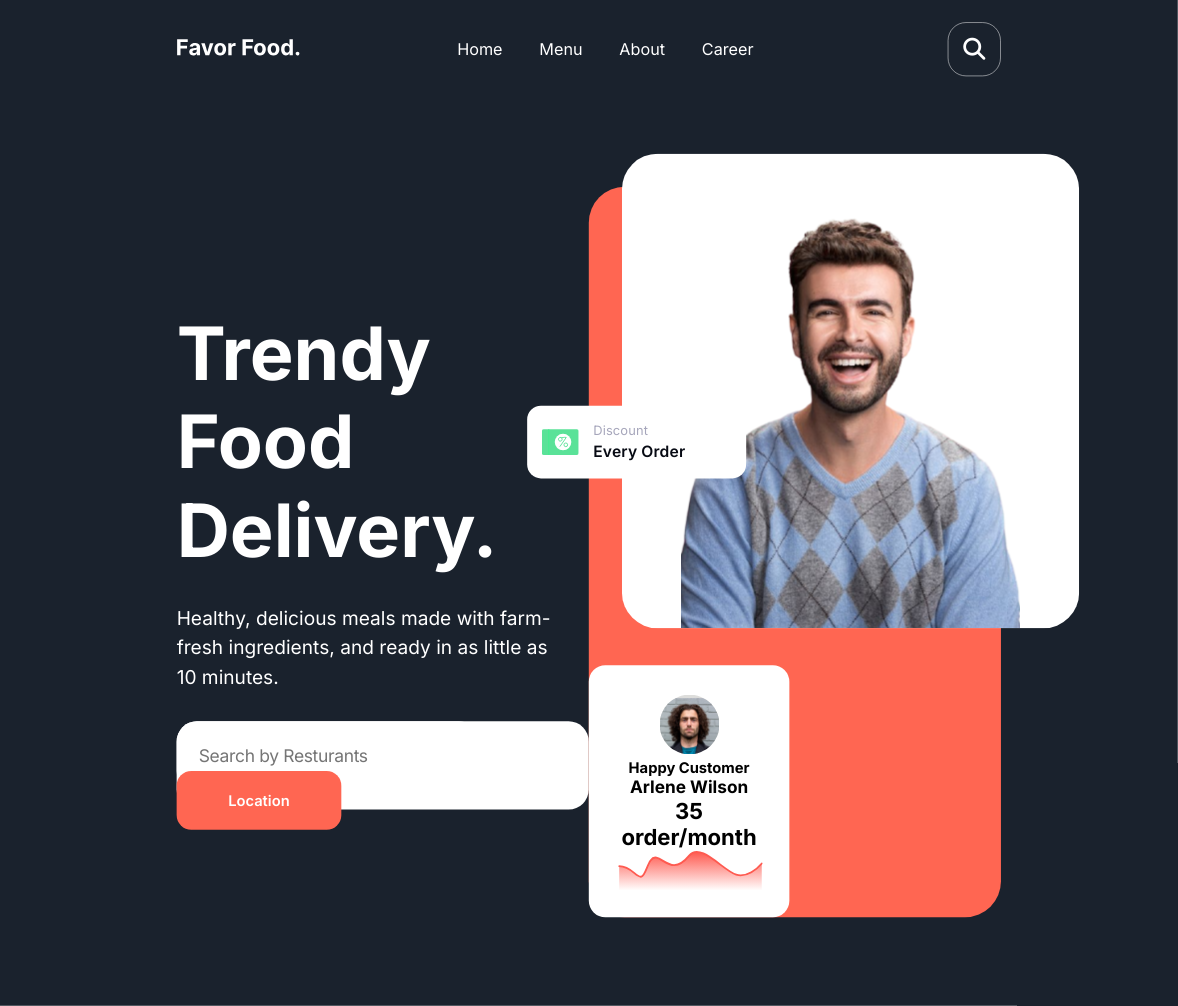
Repository: badhon252/favor-food
Page: index.html
The author's editor kept a copy of each file at every save. The page is drawn from the files as they stood at one save, then again after the next save.
The browser window is 1280 px wide. The pictures show the whole page, at 92% of full size.
The style sheet was rebuilt from its Sass, Less or Tailwind sources for each picture, by a compiler version that may differ from the author's.

Above is the page before, as saved 2022-09-11 00:56:20.

### index.html
<!DOCTYPE html>
<html lang="en">

<head>
    <meta charset="UTF-8">
    <meta http-equiv="X-UA-Compatible" content="IE=edge">
    <meta name="viewport" content="width=device-width, initial-scale=1.0">
    <!-- fontawesome cdn link  -->
    <link rel="stylesheet" href="https://cdnjs.cloudflare.com/ajax/libs/font-awesome/6.2.0/css/all.min.css">
    <!-- custom css  -->
    <link rel="stylesheet" href="scss/style.css">

    <title>Favor-Food</title>
</head>

<body>
    <header class="">
        <div class="container">

            <nav>
                <div class="navbar-brand">
                    <img src="./images/logo.svg" alt="">
                </div>
                <ul class="nav">
                    <li><a href="">Home</a></li>
                    <li><a href="">Menu</a></li>
                    <li><a href="">About</a></li>
                    <li><a href="">Career</a></li>
                </ul>

                <div class="search-icon">
                    <i class="fa-solid fa-magnifying-glass"></i>
                </div>
            </nav>

            <div class="header-content">
                <div class="row">


                    <div class="col-md-6">
                        <h1>Trendy Food <br> Delivery.</h1>
                        <p class="my-5">Healthy, delicious meals made with farm- <br> fresh ingredients, and ready in as
                            little as <br>
                            10 minutes.
                        </p>
                        <form action="">
                            <input type="text" id="location" placeholder="Search by Resturants">
                            <label for="location">Location</label>
                        </form>
                    </div>
                    <div class="col-md-6">
                        <div class="card my-3">

                            <img src="./images/image 624.svg" class="header-main-img" alt="">

                            <div class="discount-card">
                                <img src="./images/Group 4347.svg" alt="">
                                <div class="discount">
                                    <h4>Discount</h4>
                                    <h2>Every Order</h2>
                                </div>
                            </div>
                            <div class="profile-card">
                                <img src="./images/Group 2738.svg" alt="">
                                <h4>Happy Customer</h4>
                                <h3>Arlene Wilson</h3>
                                <h2>35 order/month</h2>
                                <img src="./images/Group 2811.svg" alt="">
                            </div>
                        </div>
                    </div>
                </div>
            </div>
        </div>
    </header>
</body>

</html>

### scss/style.scss
@import url("https://fonts.googleapis.com/css2?family=Inter:wght@400;600;700;800;900&display=swap");
* {
  margin: 0%;
  padding: 0;
  box-sizing: border-box;
  font-family: "Inter", sans-serif;
}

.container {
  margin: 0 12rem;
}
.row {
  display: flex;
  align-items: center;
  justify-content: space-between;
  max-width: 100%;
  .col-md-6 {
    max-width: 50%;
  }
}
h1 {
  font-weight: 700;
  font-size: 5rem;
  line-height: 96px;
}
.my-2 {
  margin: 2rem 0;
}
.my-3 {
  margin: 3rem 0;
}
.my-4 {
  margin: 4rem 0;
}
.my-5 {
  margin: 5rem 0;
}
.my-5 {
  margin: 5rem 0;
}
.my-6 {
  margin: 6rem 0;
}
.btn {
  outline: none;
  border: none;
  padding: 15px 30px;
}
//==========
//=========
// =======
header {
  background-color: #1a222d;
  color: #fff;
  nav {
    display: flex;
    justify-content: space-between;
    align-items: center;
    padding: 1.5rem 0;
    ul {
      display: flex;
      li {
        list-style-type: none;
        a {
          text-decoration: none;
          color: #fff;
          margin-right: 2.5rem;
          font-size: 1.1rem;
          font-weight: 500;
        }
      }
    }

    .search-icon {
      color: #fff;
      border: 1px solid rgba(255, 255, 255, 0.521);
      border-radius: 50%;
      padding: 1rem;
      border-radius: 20px;
      cursor: pointer;
      &:hover {
        opacity: 1;
      }
      i {
        font-size: 1.5rem;
      }
    }
  }

  .header-content {
    min-height: 100vh;
    padding: 3rem 0;
    h1 {
      margin: 1rem 0;
    }
    p {
      font-size: 1.3rem;
      font-weight: 500;
      margin: 2rem 0;
      line-height: 32px;
    }
    form {
      display: inline-block;
      border-radius: 22px;
      background: #ffffff;
      input {
        padding: 1.5rem;
        font-size: 19px;
        line-height: 28px;
        letter-spacing: -0.02em;
        outline: none;
        border: none;
        color: #b1b1b1;
        border-radius: 22px;
      }
      label {
        background: #ff6652;
        border-radius: 16px;
        padding: 1.4rem 3.5rem;
        margin-right: 0.6rem;
        cursor: pointer;
        font-weight: 600;
      }
    }

    .card {
      background: #ff6652;
      border-radius: 39px;
      // padding: 0 4rem;
      position: relative;

      .header-main-img {
        background-color: #fff;
        padding: 0 4rem;
        border-radius: 39px;
        position: relative;
        margin-left: 8%;
        margin-bottom: 8%;
        margin-top: -8%;

        // padding-left: 3rem;
        // &:hover {
        //   margin: -2rem -2rem auto auto;
        // }
      }

      .discount-card {
        position: absolute;
        top: 30%;
        left: -15%;
        background-color: #fff;
        color: #000;
        padding: 1rem;
        display: flex;
        border-radius: 15px;
        width: 238px;

        img {
          margin-right: 1rem;
        }
        h4 {
          font-weight: 400;
          font-size: 14px;
          line-height: 21px;
          letter-spacing: 0.01em;
          color: #a6a6bb;
        }
        h2 {
          font-weight: 600;
          font-size: 17px;
          line-height: 26px;
          letter-spacing: 0.01em;
          color: #070a13;
        }
      }
      .profile-card {
        width: 218px;
        height: 274px;
        background-color: #fff;
        border-radius: 18px;
        color: #000;
        padding: 2rem;
        text-align: center;
      }
    }
  }
}

After the next save:
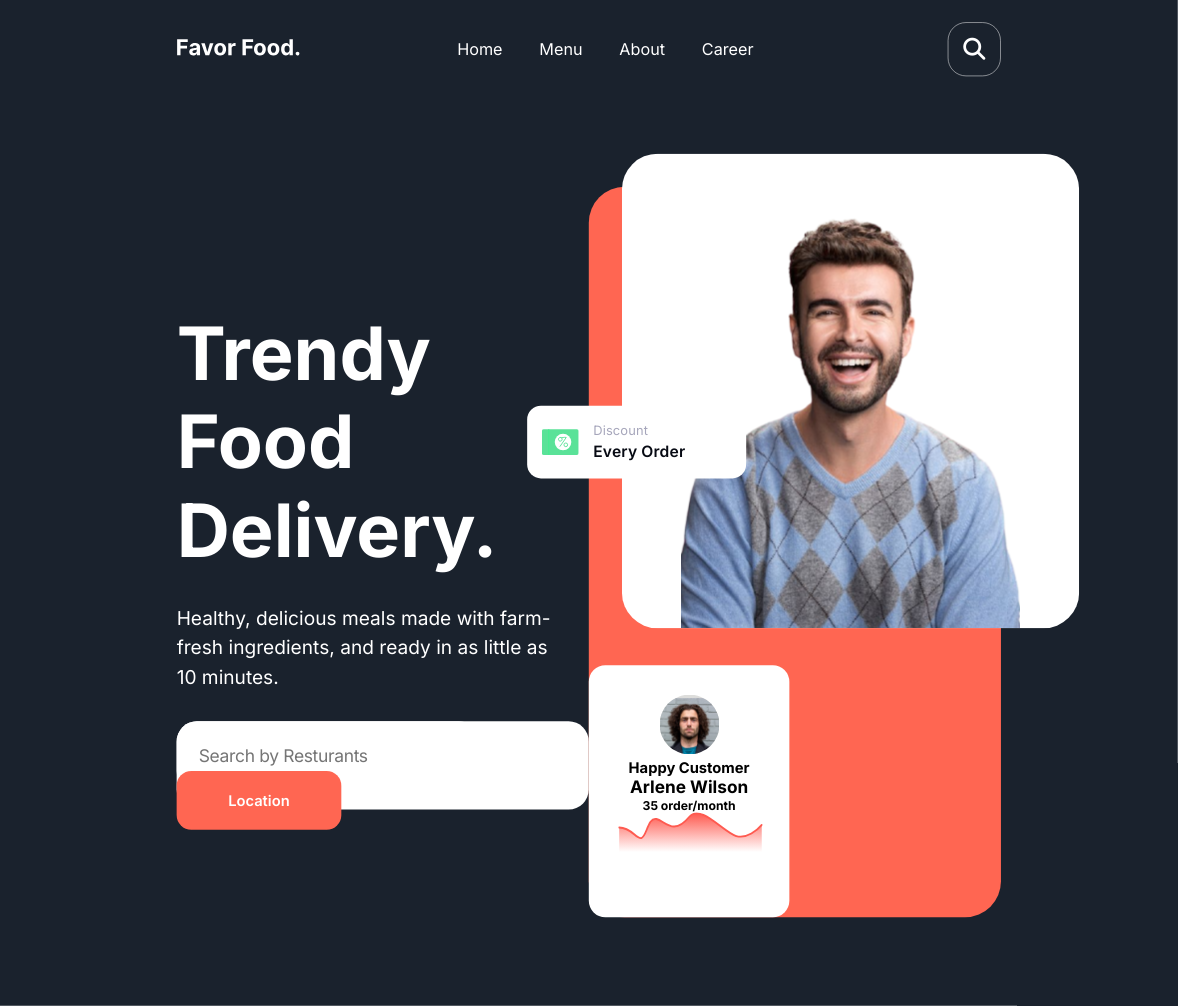
Saved 50 s later.
--- a/index.html
+++ b/index.html
@@ -64,7 +64,7 @@
                                 <img src="./images/Group 2738.svg" alt="">
                                 <h4>Happy Customer</h4>
                                 <h3>Arlene Wilson</h3>
-                                <h2>35 order/month</h2>
+                                <h5>35 order/month</h5>
                                 <img src="./images/Group 2811.svg" alt="">
                             </div>
                         </div>

After the save that followed:
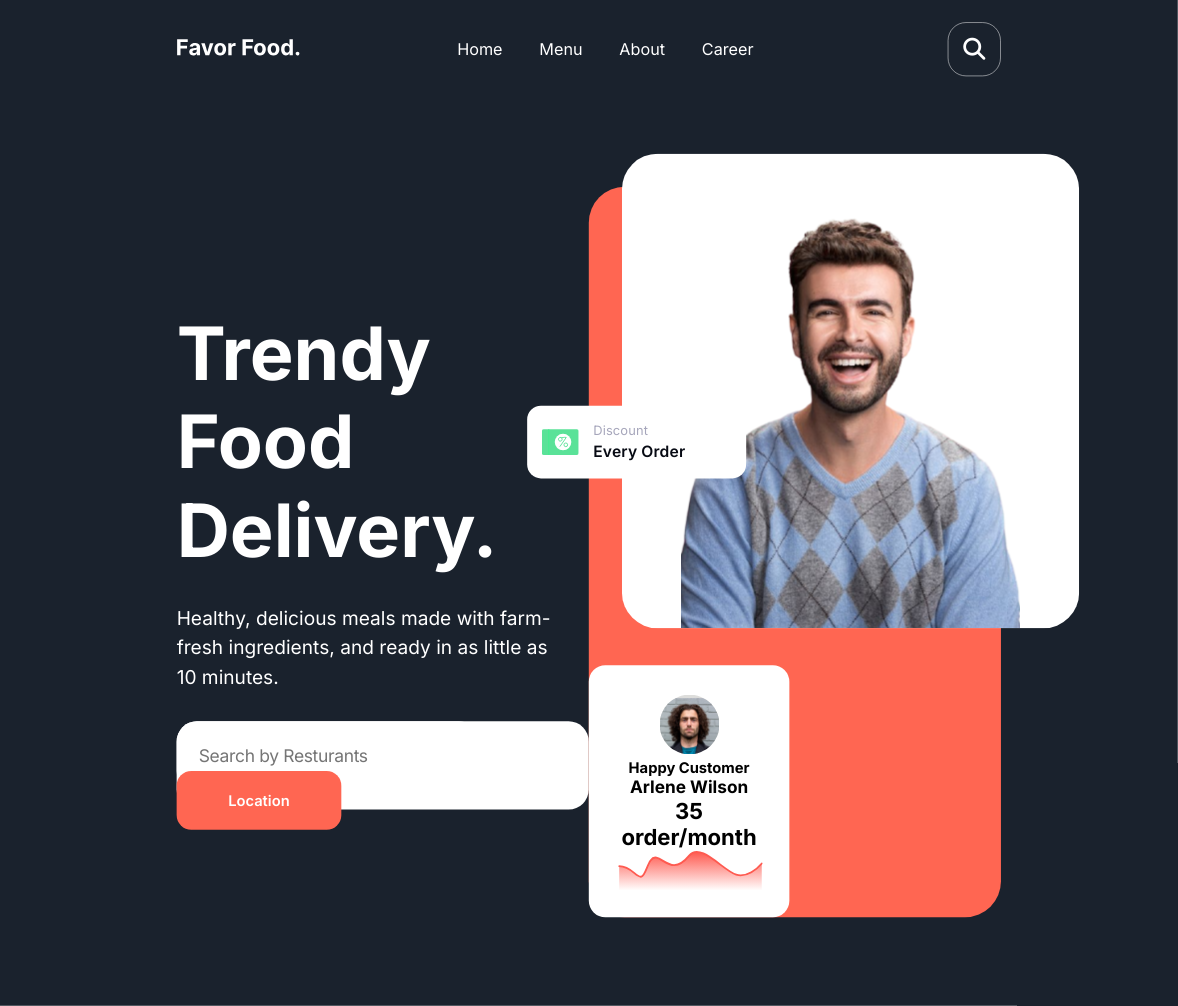
Saved 5 s later.
--- a/index.html
+++ b/index.html
@@ -64,7 +64,7 @@
                                 <img src="./images/Group 2738.svg" alt="">
                                 <h4>Happy Customer</h4>
                                 <h3>Arlene Wilson</h3>
-                                <h5>35 order/month</h5>
+                                <h2>35 order/month</h2>
                                 <img src="./images/Group 2811.svg" alt="">
                             </div>
                         </div>
